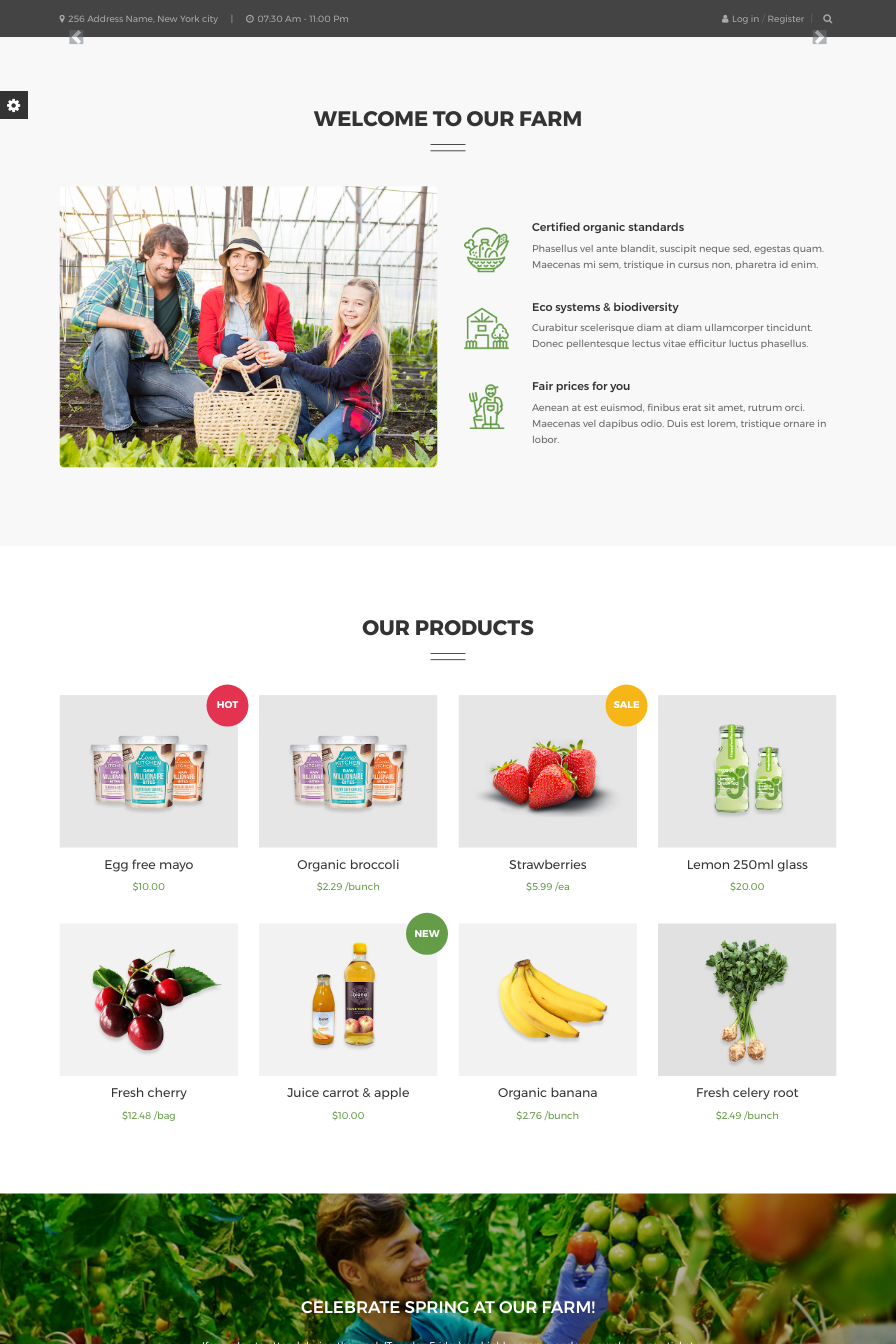
Repository: riteshyadav7878/ecofood
Page: http://localhost/
An editor plug-in stored every save of this project. The page is shown before and after the next save, followed by the edit.
The browser window is 1280 px wide. The pictures show the part of the page from y = 0 to 1920 px (the page is 3511 px tall before and 3464 px after), at 70% of full size.
Backgrounds fixed to the window are drawn as part of the page. Some web libraries are served in a nearby version. The page is run by PHP 8.4 with error messages shown; the project is at /var/www/html/. Queries for data that is not in the repository find no rows.

Above is the page before, as saved 2024-09-03 12:23:50.

After the next save:
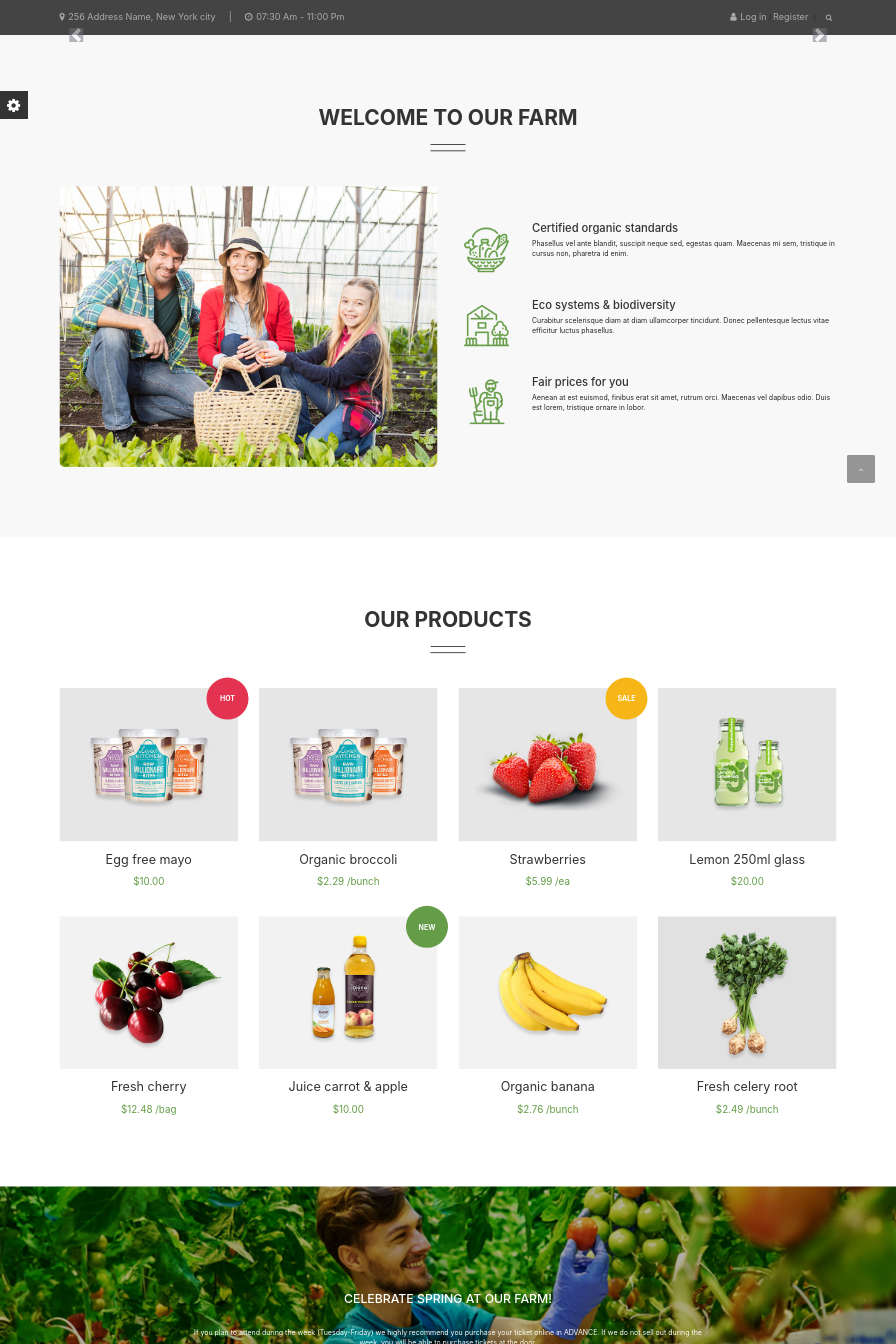
Console error: TypeError: Cannot read properties of undefined (reading 'top')
Saved 10 s later.
--- a/index.php
+++ b/index.php
@@ -130,7 +130,7 @@ $result = $conn->query($sql);
 <header>
 
 <!--    Navbar -->
-    <?php include 'Navbar.php'; ?>
+
 
 
 <div class="section dark-background">

After the save that followed:
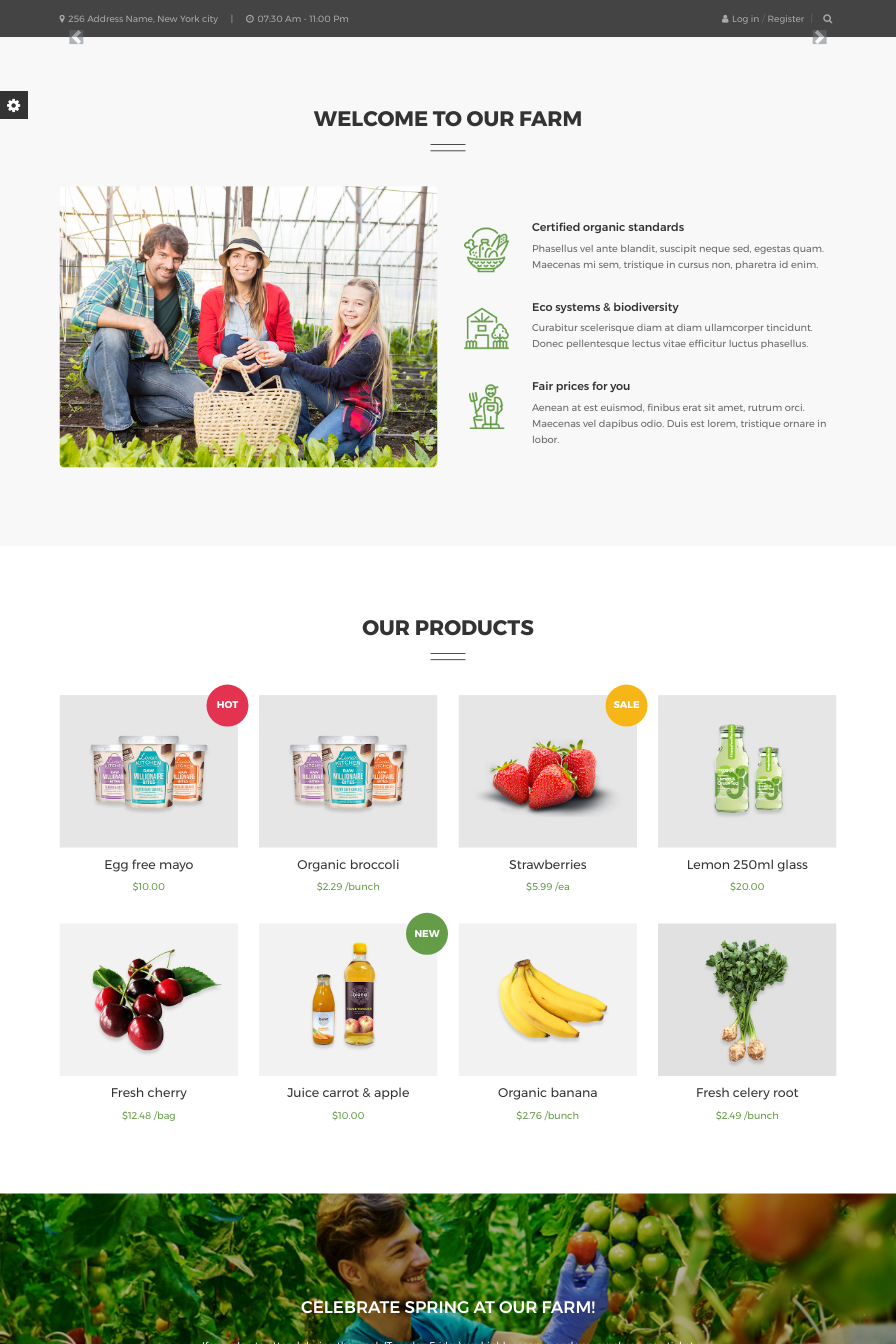
The error is gone.
Saved 4 s later.
--- a/index.php
+++ b/index.php
@@ -77,6 +77,7 @@ $result = $conn->query($sql);
     </style>
 </head>
 <body>
+<?php include 'Navbar.php'; ?>
 
 <div class="page-loader">
 <div class="loader"></div>
